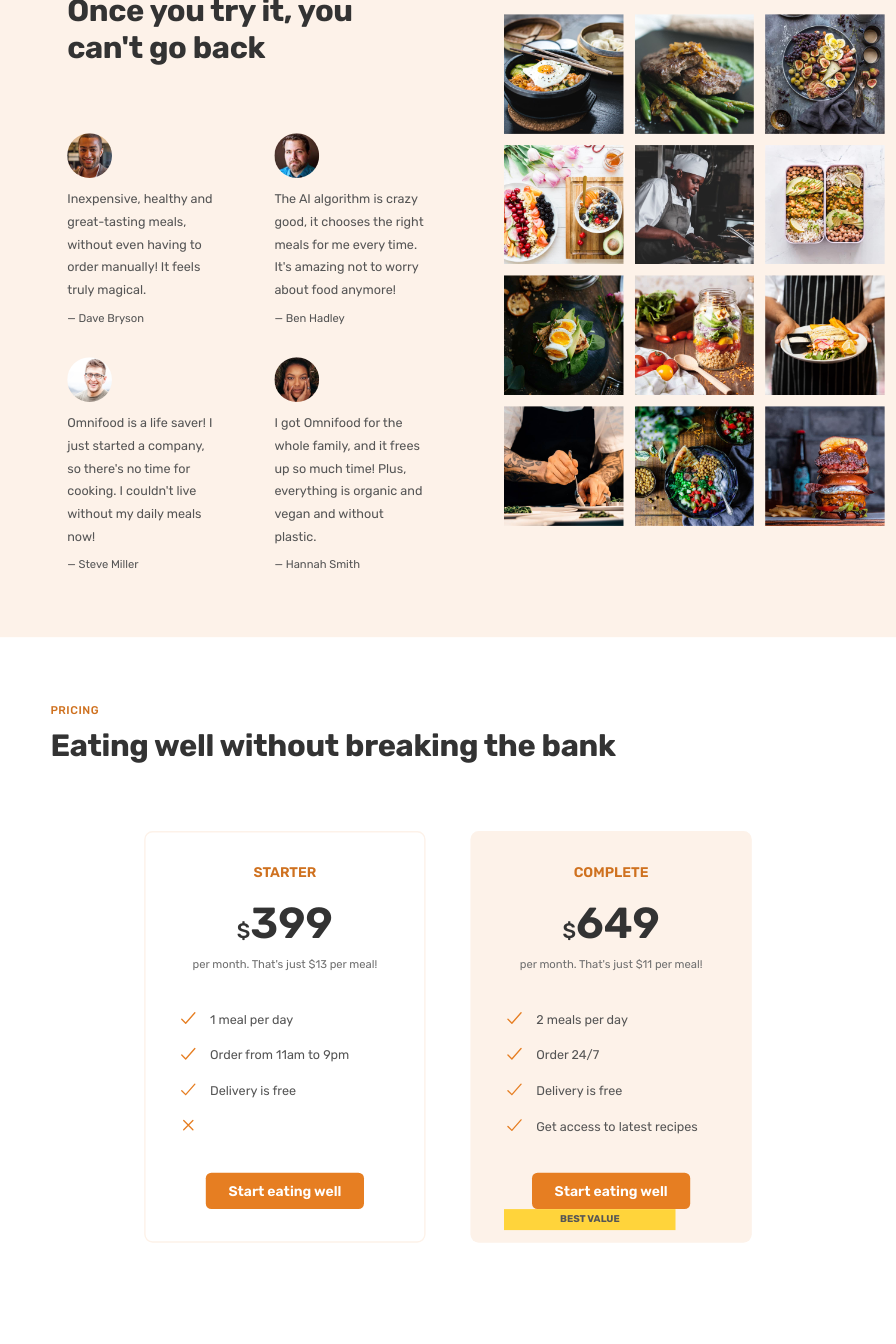
Repository: TranPhucThinh/Omnifood
Page: index.html
An editor plug-in stored every save of this project. The page is shown before and after the next save, followed by the edit.
The browser window is 1280 px wide. The pictures show the part of the page from y = 3735 to 5655 px (the page is 5655 px tall), at 70% of full size.

Above is the page before, as saved 2022-08-06 23:13:42.

After the next save:
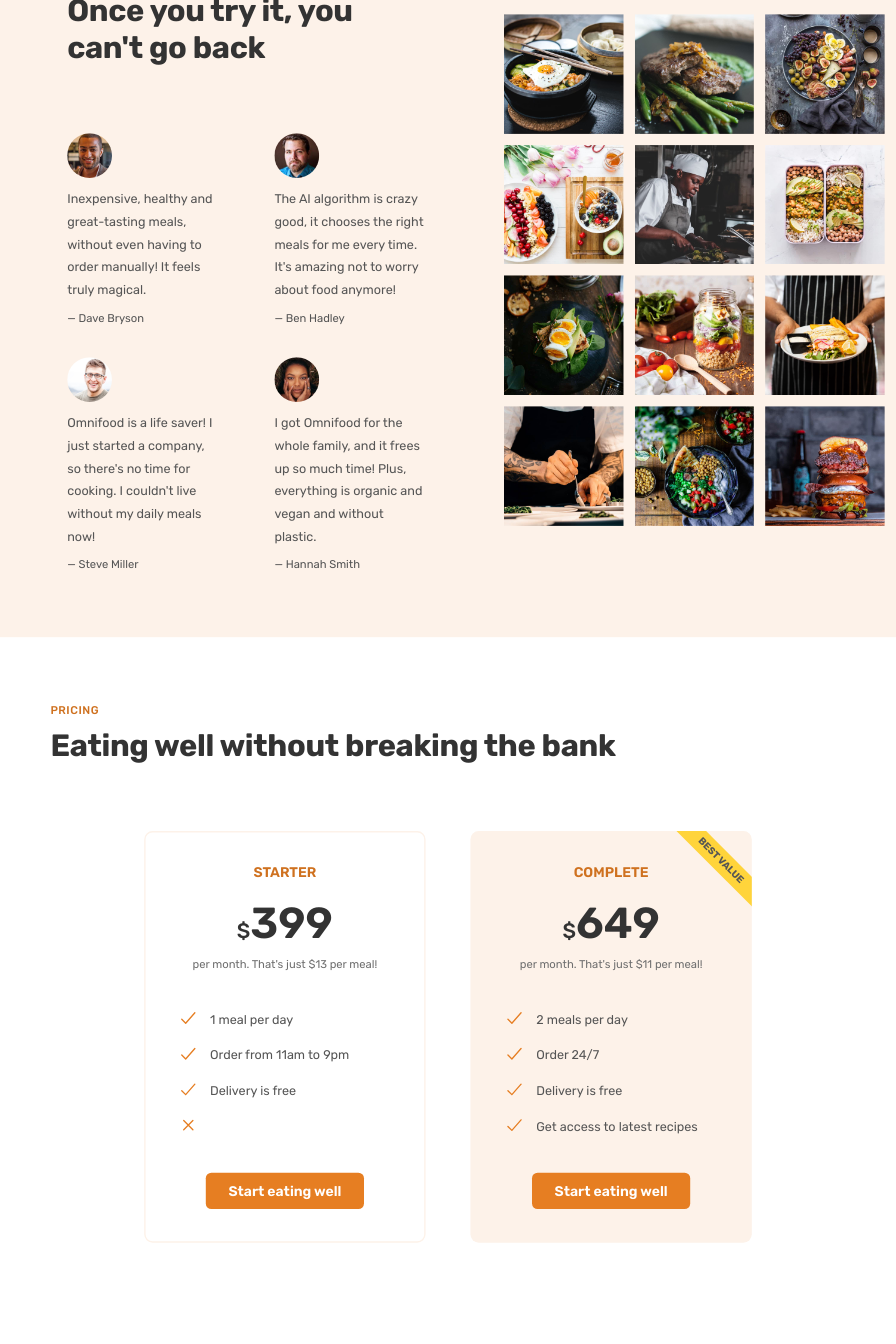
Saved 3 min 6 s later.
--- a/assets/styles/style.css
+++ b/assets/styles/style.css
@@ -374,6 +374,7 @@
   padding: 4.8rem;
   background-color: #fdf2e9;
   position: relative;
+  overflow: hidden;
 }
 
 .pricing-plan--complete::after {
@@ -384,6 +385,9 @@
   background-color: #ffd43b;
   padding: 0.8rem 8rem;
   position: absolute;
+  top: 27px;
+  right: -78px;
+  transform: rotate(45deg);
 }
 
 .plan-header {
